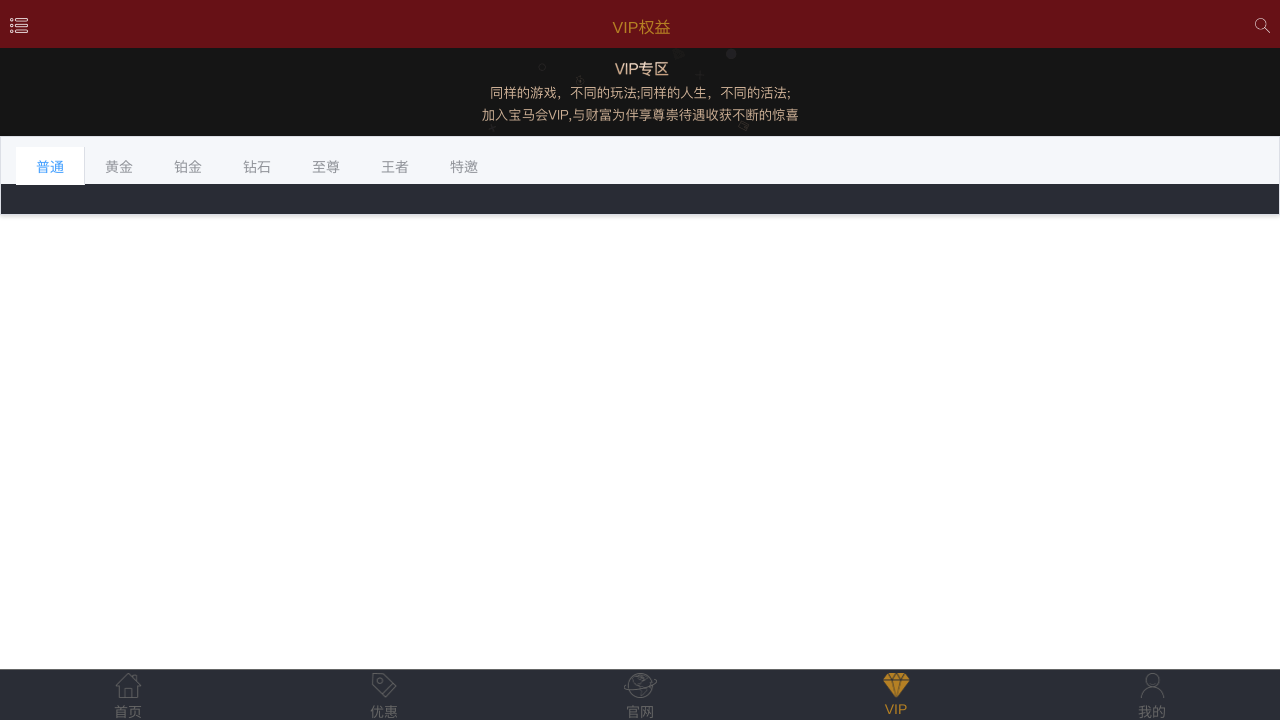
Repository: ada6688/IntegralMall
Page: /Vip
These files come from the project's save history. The page is drawn as it stood at one moment and after the next save; the edit follows.
The browser window is 1280 px wide. The pictures show the whole page.
The project was rebuilt for these pictures with package versions that can differ from the ones it lists, and the page was loaded fresh each time. Also part of the build but not shown: src/components/common/Topnav.vue, src/components/page/notice.vue, src/components/page/MainNav.vue, src/components/page/Member.vue, src/components/page/Youhui.vue.

Above is the page before, as saved 2020-01-01 16:18:42.

### index.html
<!DOCTYPE html>
<html>
  <head>
    <meta charset="utf-8">
    <meta name="viewport" content="width=device-width,initial-scale=1.0">
    <title>integralmall</title>
  </head>
  <body>
    <div id="app"></div>
    <!-- built files will be auto injected -->
  </body>
</html>

### src/main.js
// The Vue build version to load with the `import` command
// (runtime-only or standalone) has been set in webpack.base.conf with an alias.
import Vue from 'vue'
import App from './App'
import router from './router'
import ElementUI from 'element-ui'
import 'element-ui/lib/theme-chalk/index.css'
import {Cell, CellGroup, Tabbar, TabbarItem, PullRefresh, Stepper, Tab, Tabs, Button, Row, Col, Swipe, SwipeItem, Lazyload, List, Field, NavBar} from 'vant'
import '../src/assets/css/common.css'
import 'swiper/dist/css/swiper.css'
import VueAwesomeSwiper from 'vue-awesome-swiper'
// import BScroll from 'better-scroll'

// Vue.use(BScroll)
Vue.use(VueAwesomeSwiper)
Vue.use(ElementUI)
Vue.use(Cell).use(CellGroup).use(Tabbar).use(TabbarItem).use(Stepper).use(PullRefresh).use(Tab).use(Tabs).use(Field).use(NavBar).use(Button).use(Row).use(Col).use(Swipe).use(SwipeItem).use(Lazyload).use(List)

Vue.config.productionTip = false

/* eslint-disable no-new */
new Vue({
  el: '#app',
  router,
  components: {
    App
  },
  template: '<App/>'
})

### src/router/index.js
import Vue from 'vue'
import Router from 'vue-router'
import BottomNav from '@/components/common/Bottomnav'
import TopNav from '@/components/common/Topnav'
import shouye from '@/components/page/shouye'
import Member from '@/components/page/Member'
import Vip from '@/components/page/Vip'
import Youhui from '@/components/page/Youhui'

Vue.use(Router)

export default new Router({
  mode: 'history',
  routes: [
    {path: '/Mainnav', component: BottomNav},
    {path: '/Topnav', component: TopNav},
    {path: '/', component: shouye},
    {path: '/shouye', component: shouye},
    {path: '/Youhui', component: Youhui},
    {path: '/Vip', component: Vip},
    {path: '/Member', component: Member}
  ]
})

### src/assets/css/common.css
body,p{
  margin: 0;
  padding: 0;
}
/****************** 首页 ****************/
/* 顶部栏 */
.top-nav{
  width: 100%;
  height: 3rem;
  line-height: 3.5rem;
  background-color: #671116;
  position: fixed;
  top: 0;
  z-index: 99;
}
.top-nav > div{
  display: inline-block;
  height: 100%;
}
.top-nav-left{
  float: left;
  margin-left: 10px;
}
.top-nav-right{
  float: right;
  margin-right: 10px;
}
.banner-item > img{
  width: 100%;
}
.swiper-container{
  height: 7.28rem;
}
.top-nav-t{
  color: #B58024;
}
/* .swiper-container-horizontal>.swiper-pagination-bullets .swiper-pagination-bullet{
  width: 0.4rem;
  height: 0.3rem;
  border-radius: 50%;
}
.swiper-pagination-bullet-active {
  background: rgb(235,111,111);
  width: .8rem !important;
} */
/* .swiper-scrollbar{
  background: rgb(0, 0, 0, 0) !important;
  width: 15px;
  height: 15px;
} */
.main-wrap{
  margin-top: 3rem;
  margin-bottom: 2.3rem;
  background: #151515;
}
/* 公告 */
.Notice-sign{
  width: 2rem;
  height: 100%;
  background: url('../images/topnav/lb.png') center no-repeat;
  float: left;
  box-shadow: 1px 0px 5px rgba(0,0,0,0.8);
}
.Notice-textBox {
  width: 100%;
  height: 1.3rem;
  line-height: 1.3rem;
  font-size: .5rem;
  color: #999999;
  background: #2A2D36;
  overflow: hidden;
  position: relative;
  text-align: left;
  z-index: 9;
}
.Notice-text {
  width: 100%;
  padding-left: 42px;
  position: absolute;
  bottom: 0;
}
.slide-enter-active, .slide-leave-active {
  transition: all 0.5s linear;
}
.slide-enter{
  transform: translateY(20px) scale(1);
  opacity: 1;
}
.slide-leave-to {
  transform: translateY(-20px) scale(0.8);
  opacity: 0;
}
/* 商品 */
.products-item{
  width: 45.9%;
  height: 100px;
  padding-right: 3.9%;
  border-right: 1px solid #161616;
  border-bottom: 1px solid #161616;
  background: #292C35;
  float: left;
}
.products-item-even{
  width: 45.9%;
  height: 100px;
  border-bottom: 1px solid #161616;
  background: #292C35;
  padding-left: 3.9%;
  float: left;
}
.product-item-text{
  width: 50%;
  height: 70px;
  color: #ffffff;
  margin-top: 15px;
  float: left;
  text-align: left;
}
.product-item-text p{
  height: 43px;
  font-size: 15px;
  margin-bottom: 5px;
  display: -webkit-box;/*作为弹性伸缩盒子模型显示*/
  -webkit-line-clamp: 2; /*显示的行数；如果要设置2行加...则设置为2*/
  overflow: hidden; /*超出的文本隐藏*/
  text-overflow: ellipsis; /* 溢出用省略号*/
  -webkit-box-orient: vertical;
}
.product-item-text span{
  color: #B58024;
  font-size: 13px;
}
.product-item-img{
  width: 50%;
  height: 100px;
  display: table-cell;
  vertical-align: middle;
  /* float: left; */
}
.product-item-img img{
  max-width: 100%;
}
/* 底部导航 */
.bottom-tab{
  width:100%;
  height:3.125rem;
  background-color:#2A2D36;
  border-top: 1px solid #656666;
  position: fixed;
  left:0px;
  bottom:0px;
}
.tab-item{
  width: 20%;
  float: left;
  align-items:center;
  justify-content:center;
  font-size:14px;
  color:#666;
  z-index: 999;
}
.NavSigh{
    width:33px;
    margin-top:3px;
}
.on{
  color:#b58023;
}

### src/components/common/Bottomnav.vue
<template>
  <div>
    <div class="bottom-tab">
      <div class="tab-item" @click="switchTo('/shouye')">
        <img class="NavSigh" :src="'/shouye' === $route.path ? tabBarImgArr[0].selected : tabBarImgArr[0].normal" alt="首页">
        <p :class="{on: '/shouye' === $route.path}">首页</p>
      </div>
      <div class="tab-item" @click="switchTo('/Youhui')">
        <img class="NavSigh" :src="'/Youhui' === $route.path ? tabBarImgArr[1].selected : tabBarImgArr[1].normal" alt="推荐">
        <p :class="{on: '/Youhui' === $route.path}">优惠</p>
      </div>
      <div class="tab-item">
        <img class="NavSigh" :src="'/' === $route.path ? tabBarImgArr[2].selected : tabBarImgArr[2].normal" alt="搜索">
        <p :class="{on: '/' === $route.path}">官网</p>
      </div>
      <div class="tab-item" @click="switchTo('/Vip')">
        <img class="NavSigh" :src="'/Vip' === $route.path ? tabBarImgArr[3].selected : tabBarImgArr[3].normal" alt="聊天">
        <p :class="{on: '/Vip' === $route.path}">VIP</p>
      </div>
      <div class="tab-item" @click="switchTo('/Member')">
        <img class="NavSigh" :src="'/Member' === $route.path ? tabBarImgArr[4].selected : tabBarImgArr[4].normal" alt="我的">
        <p :class="{on: '/Member' === $route.path}">我的</p>
      </div>
    </div>
  </div>
</template>
<script>
export default {
  data () {
    return {
      tabBarImgArr: [
        {normal: require('../../assets/images/navLogo/sy_x.png'), selected: require('../../assets/images/navLogo/sy.png')},
        {normal: require('../../assets/images/navLogo/yh_x.png'), selected: require('../../assets/images/navLogo/yh.png')},
        {normal: require('../../assets/images/navLogo/gw_x.png'), selected: require('../../assets/images/navLogo/gw.png')},
        {normal: require('../../assets/images/navLogo/zs_x.png'), selected: require('../../assets/images/navLogo/zs.png')},
        {normal: require('../../assets/images/navLogo/wd_x.png'), selected: require('../../assets/images/navLogo/wd.png')}
      ]
    }
  },
  methods: {
    switchTo (path) {
      this.$router.replace(path)
    }
  }
}
</script>
<style>

</style>

### src/components/page/shouye.vue
<template>
  <div>
      <TopNav></TopNav>
      <div class="main-wrap">
        <!-- banner -->
        <swiper :options="swiperOption" ref="mySwiper">
          <!-- slides -->
          <swiper-slide>
            <div class="banner-item">
              <img src="../../assets/images/banner/banner2.png" alt="">
            </div>
          </swiper-slide>
          <swiper-slide>
            <div class="banner-item">
              <img src="../../assets/images/banner/banner2_2.png" alt="">
            </div>
          </swiper-slide>
          <swiper-slide>
            <div class="banner-item">
              <img src="../../assets/images/banner/banner2_3.png" alt="">
            </div>
          </swiper-slide>
          <!-- Optional controls -->
          <!-- <div class="swiper-pagination" slot="pagination"></div> -->
          <!-- <div class="swiper-scrollbar index-banner-circle" slot="scrollbar"></div> -->
        </swiper>
        <!-- 滚动公告 -->
        <Notice></Notice>
        <!-- 推荐分类栏 -->
        <div class="recommend-wrap">
          <el-row>
            <el-tabs type="border-card">
              <el-tab-pane label="推荐">
                <div class="products-item">
                  <div class="product-item-text">
                    <p>商品详情商品详情商品详情商品详情商品详</p>
                    <span>72000积分</span>
                  </div>
                  <div class="product-item-img">
                    <img src="../../assets/images/products/bsbb.png" alt="">
                  </div>
                </div>
                <div class="products-item-even">
                  <div class="product-item-text">
                    <p>商品详情商品详情商品详情商品详情商品详</p>
                    <span>72000积分</span>
                  </div>
                  <div class="product-item-img">
                    <img src="../../assets/images/products/kh.png" alt="">
                  </div>
                </div>
                <div class="products-item">
                  <div class="product-item-text">
                    <p>商品详情商品详情商品详情商品详情商品详</p>
                    <span>72000积分</span>
                  </div>
                  <div class="product-item-img">
                    <img src="../../assets/images/products/lsbb.png" alt="">
                  </div>
                </div>
                <div class="products-item-even">
                  <div class="product-item-text">
                    <p>商品详情商品详情商品详情商品详情商品详</p>
                    <span>72000积分</span>
                  </div>
                  <div class="product-item-img">
                    <img src="../../assets/images/products/sb.png" alt="">
                  </div>
                </div>
                <div class="products-item">
                  <div class="product-item-text">
                    <p>商品详情商品详情商品详情商品详情商品详</p>
                    <span>72000积分</span>
                  </div>
                  <div class="product-item-img">
                    <img src="../../assets/images/products/xs.png" alt="">
                  </div>
                </div>
                <div class="products-item-even">
                  <div class="product-item-text">
                    <p>商品详情商品详情商品详情商品详情商品详</p>
                    <span>72000积分</span>
                  </div>
                  <div class="product-item-img">
                    <img src="../../assets/images/products/xsfs.png" alt="">
                  </div>
                </div>
                <div class="products-item">
                  <div class="product-item-text">
                    <p>商品详情商品详情商品详情商品详情商品详</p>
                    <span>72000积分</span>
                  </div>
                  <div class="product-item-img">
                    <img src="../../assets/images/products/yx.png" alt="">
                  </div>
                </div>
                <div class="products-item-even">
                  <div class="product-item-text">
                    <p>商品详情商品详情商品详情商品详情商品详</p>
                    <span>72000积分</span>
                  </div>
                  <div class="product-item-img">
                    <img src="../../assets/images/products/hw.png" alt="">
                  </div>
                </div>
              </el-tab-pane>
              <el-tab-pane label="数码">数码</el-tab-pane>
              <el-tab-pane label="奖金">奖金</el-tab-pane>
              <el-tab-pane label="生活精品">生活精品</el-tab-pane>
              <el-tab-pane label="奢华品">奢华品</el-tab-pane>
            </el-tabs>
          </el-row>
        </div>
      </div>
      <BottomNav></BottomNav>
  </div>
</template>
<script>
import BottomNav from '@/components/common/Bottomnav'
import TopNav from '@/components/common/Topnav'
import Notice from '@/components/page/Notice'
import {swiper, swiperSlide} from 'vue-awesome-swiper'

export default {
  name: 'App',
  components: {
    BottomNav,
    TopNav,
    swiper,
    swiperSlide,
    Notice
  },
  data () {
    return {
      swiperOption: {
        scrollbar: {
          el: '.swiper-scrollbar'
        },
        slidesPerView: 1,
        autoplay: {
          delay: 5000,
          disableOnInteraction: false
        },
        loop: true
      }
    }
  }
}
</script>
<style>
.swiper-container{
  height: 100%;
  margin-bottom: -4px;
}
.el-tabs__nav-wrap{
  width: 100%
}
/* .el-tabs__item{
  padding: 0 5.26%;
} */
.el-tabs--border-card{
  border: 0;
}
.el-tabs--border-card>.el-tabs__header .el-tabs__item{
  border: 0
}
.el-tabs--border-card>.el-tabs__header{
  padding: 10px 15px 0;
  background: #151515
}
.el-tabs--border-card>.el-tabs__header .el-tabs__item:not(.is-disabled):hover{
  color: #ffffff;
}
.el-tabs--border-card>.el-tabs__header .el-tabs__item.is-active{
  height: 39px;
  color: #ffffff;
  background: #292C35;
}
.el-tabs--border-card>.el-tabs__header .el-tabs__item{
  color: #666666;
}
.el-tabs__nav-wrap.is-scrollable{
  padding: 0 20px;
  box-sizing: border-box;
}
.el-tabs--border-card{
  box-shadow: 0 0 0 0 rgb(0, 0, 0, 0)
}
.el-tabs--border-card>.el-tabs__content {
  margin-top: -2px;
  background: #292C35;
}

</style>

### src/components/page/Vip.vue
<template>
  <div>
    <TopnavC></TopnavC>
    <div class="main-wrap">
      <div>
        <img src="../../assets/images/VIP/VIP-T.png" alt="">
      </div>
      <div>
        <el-row>
          <el-tabs type="border-card">
            <el-tab-pane label="普通"></el-tab-pane>
            <el-tab-pane label="黄金"></el-tab-pane>
            <el-tab-pane label="铂金"></el-tab-pane>
            <el-tab-pane label="钻石"></el-tab-pane>
            <el-tab-pane label="至尊"></el-tab-pane>
            <el-tab-pane label="王者"></el-tab-pane>
            <el-tab-pane label="特邀"></el-tab-pane>
          </el-tabs>
        </el-row>
      </div>
    </div>
    <Bottomnav></Bottomnav>
  </div>
</template>
<script>
import TopnavC from '@/components/common/Topnav-c'
import Bottomnav from '@/components/common/Bottomnav'

export default {
  name: 'App',
  components: {
    TopnavC,
    Bottomnav
  }
}
</script>
<style>
.swiper-container{
  height: 100%;
  margin-bottom: -4px;
}
.el-tabs__nav-wrap{
  width: 100%
}
/* .el-tabs__item{
  padding: 0 5.26%;
} */
.el-tabs--border-card{
  border: 0;
}
.el-tabs--border-card>.el-tabs__header .el-tabs__item{
  border: 0
}
.el-tabs--border-card>.el-tabs__header{
  padding: 10px 15px 0;
  background: #151515
}
.el-tabs--border-card>.el-tabs__header .el-tabs__item:not(.is-disabled):hover{
  color: #ffffff;
}
.el-tabs--border-card>.el-tabs__header .el-tabs__item.is-active{
  height: 39px;
  color: #ffffff;
  background: #292C35;
}
.el-tabs--border-card>.el-tabs__header .el-tabs__item{
  color: #666666;
}
.el-tabs__nav-wrap.is-scrollable{
  padding: 0 20px;
  box-sizing: border-box;
}
.el-tabs--border-card{
  box-shadow: 0 0 0 0 rgb(0, 0, 0, 0)
}
.el-tabs--border-card>.el-tabs__content {
  margin-top: -2px;
  background: #292C35;
}
.el-tabs--top.el-tabs--card>.el-tabs__header .el-tabs__item{
  padding-left: 2%;
  padding-right: 2%;
}
</style>

### src/components/common/Topnav-c.vue
<template>
  <div>
    <div class="top-nav">
      <div class="top-nav-left">
        <img src="../../assets/images/topnav/cd.png" alt="菜单">
      </div>
      <div class="top-nav-t">
        <p>VIP权益</p>
      </div>
      <div class="top-nav-right">
        <img src="../../assets/images/topnav/ss.png" alt="搜索">
      </div>
    </div>
  </div>
</template>
<script>
export default {
  data () {
    return {
      tabBarImgArr: [
        {normal: require('../../assets/images/topnav/logo.png')},
        {normal: require('../../assets/images/topnav/ss.png')},
        {normal: require('../../assets/images/topnav/cd.png')}
      ]
    }
  }
}
</script>
<style>

</style>

Loaded but not shown: src/App.vue (common file)

After the next save:
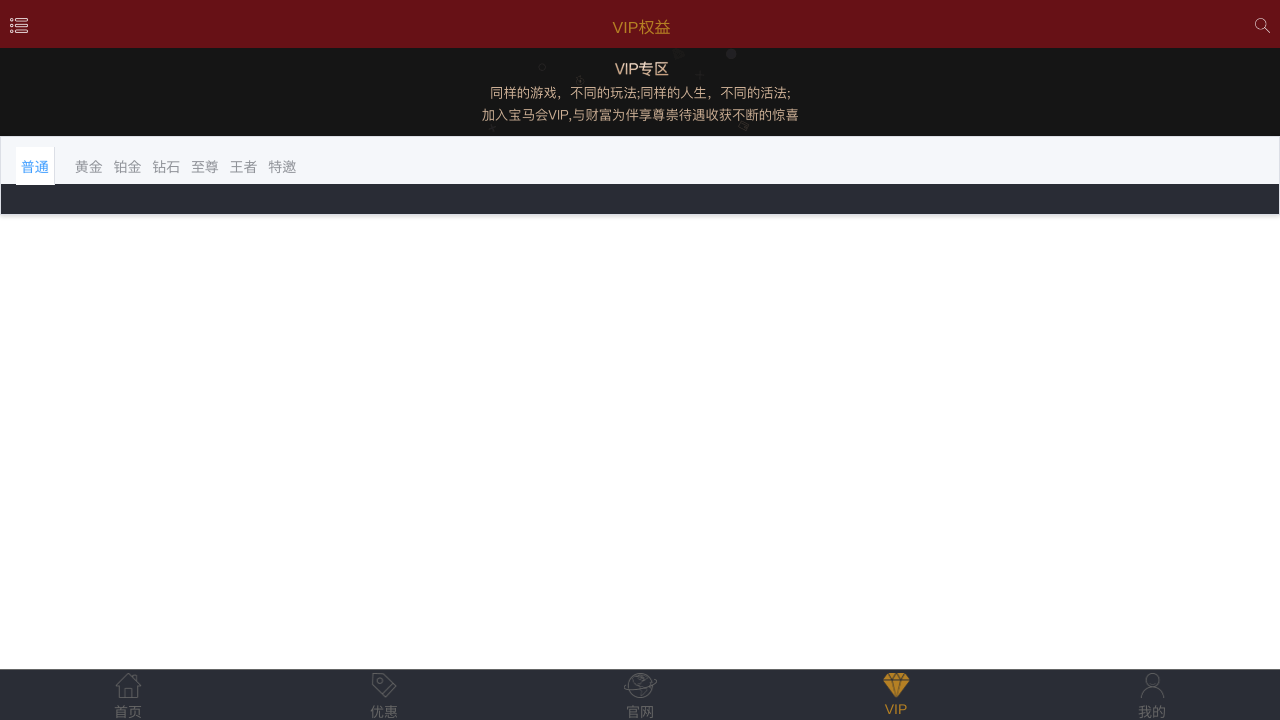
Saved 52 s later.
--- a/src/components/page/Vip.vue
+++ b/src/components/page/Vip.vue
@@ -77,7 +77,7 @@
   margin-top: -2px;
   background: #292C35;
 }
-.el-tabs--top.el-tabs--card>.el-tabs__header .el-tabs__item{
+.el-tabs__header .el-tabs__item{
   padding-left: 2%;
   padding-right: 2%;
 }

After the save that followed:
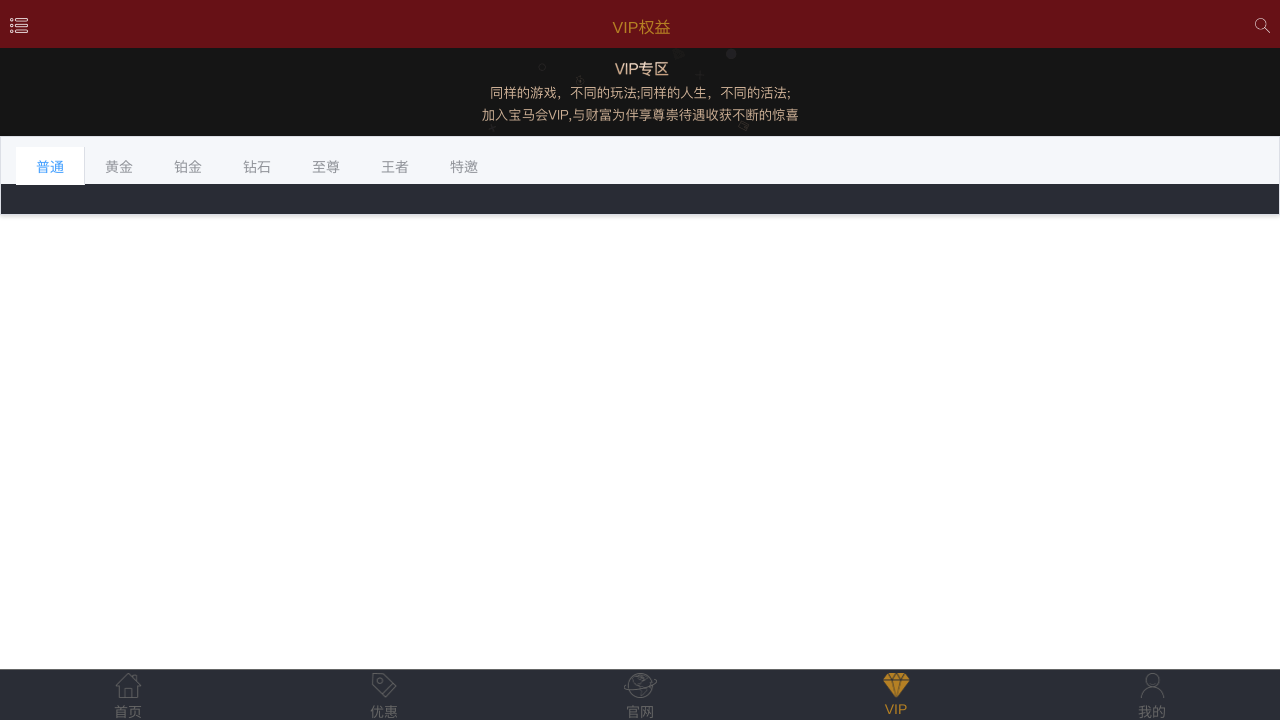
Saved 49 s later.
--- a/src/components/page/Vip.vue
+++ b/src/components/page/Vip.vue
@@ -77,8 +77,8 @@
   margin-top: -2px;
   background: #292C35;
 }
-.el-tabs__header .el-tabs__item{
+/* .el-tabs__header .el-tabs__item{
   padding-left: 2%;
   padding-right: 2%;
-}
+} */
 </style>
